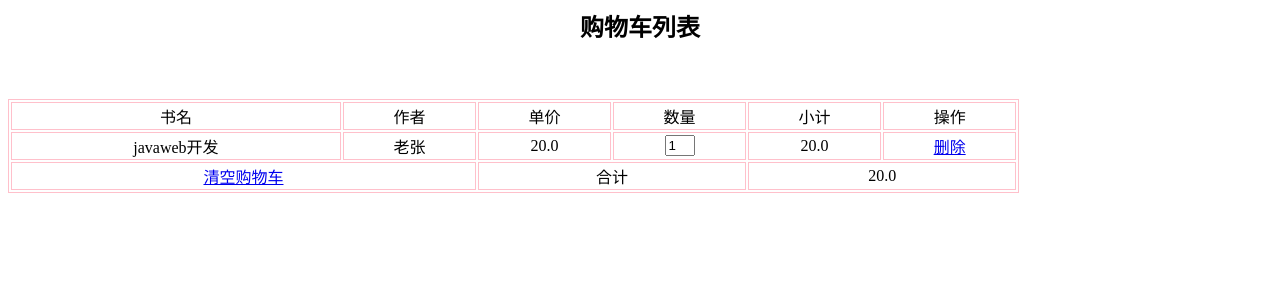
Repository: wsws1996/myproject
Page: http://localhost/day10/servlet/BuyServlet?bookid=1
These files come from the project's save history. The page is drawn as it stood at one moment and after the next save; the edit follows.
The browser window is 1280 px wide. The pictures show the whole page.
The page is served by Tomcat 9.

Above is the page before, as saved 2015-11-23 15:22:56.

After the next save:
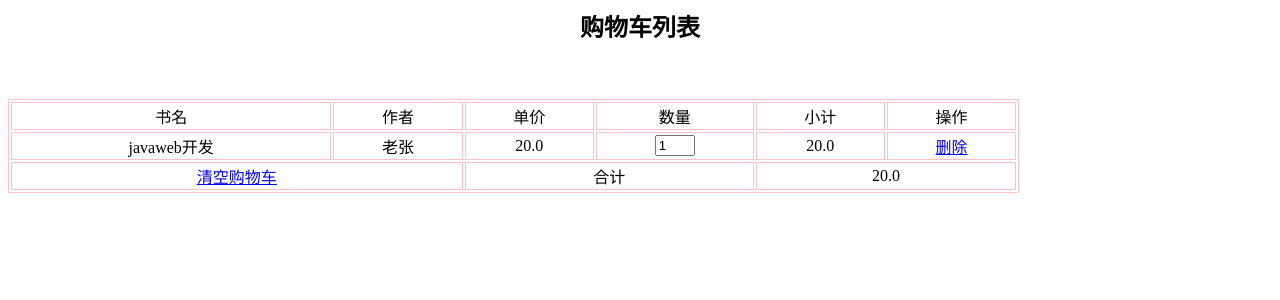
Saved 34 s later.
--- a/java/workspace/day10/WebRoot/WEB-INF/jsp/listcart.jsp
+++ b/java/workspace/day10/WebRoot/WEB-INF/jsp/listcart.jsp
@@ -36,7 +36,7 @@
 					<td>${me.value.book.name }</td>
 					<td>${me.value.book.author }</td>
 					<td>${me.value.book.price }</td>
-					<td><input type="text" value="${me.value.quantity }" name="quantity" style="width: 30"></td>
+					<td><input type="text" value="${me.value.quantity }" name="quantity" style="width: 40"></td>
 					<td>${me.value.price }</td>
 					<td><a
 						href="${pageContext.request.contextPath}/servlet/DeleteServlet?bookid=${me.value.book.id }">删除</a></td>
